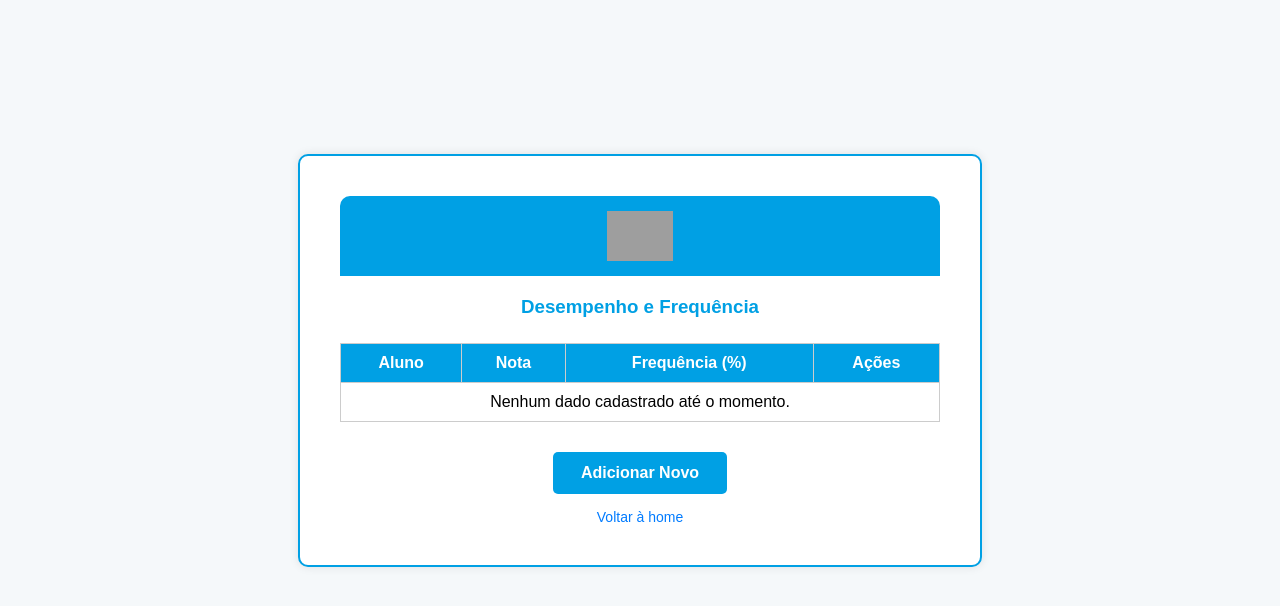
Repository: Guilherme-burle/Portal-do-Aluno-P2
Page: http://localhost/listDF/
The author's editor kept a copy of each file at every save. The page is drawn from the files as they stood at one save, then again after the next save.
The browser window is 1280 px wide. The pictures show the whole page.
Pictures or frames that could not be fetched are drawn as grey boxes. The page is served by the project's application, run on Django 5.2 (PortaldoAluno/manage.py). A made-up administrator, testuser (Test User, test@example.com), is signed in. Queries for data that is not in the repository find no rows.

Above is the page before, as saved 2025-05-19 19:06:24.

After the next save:
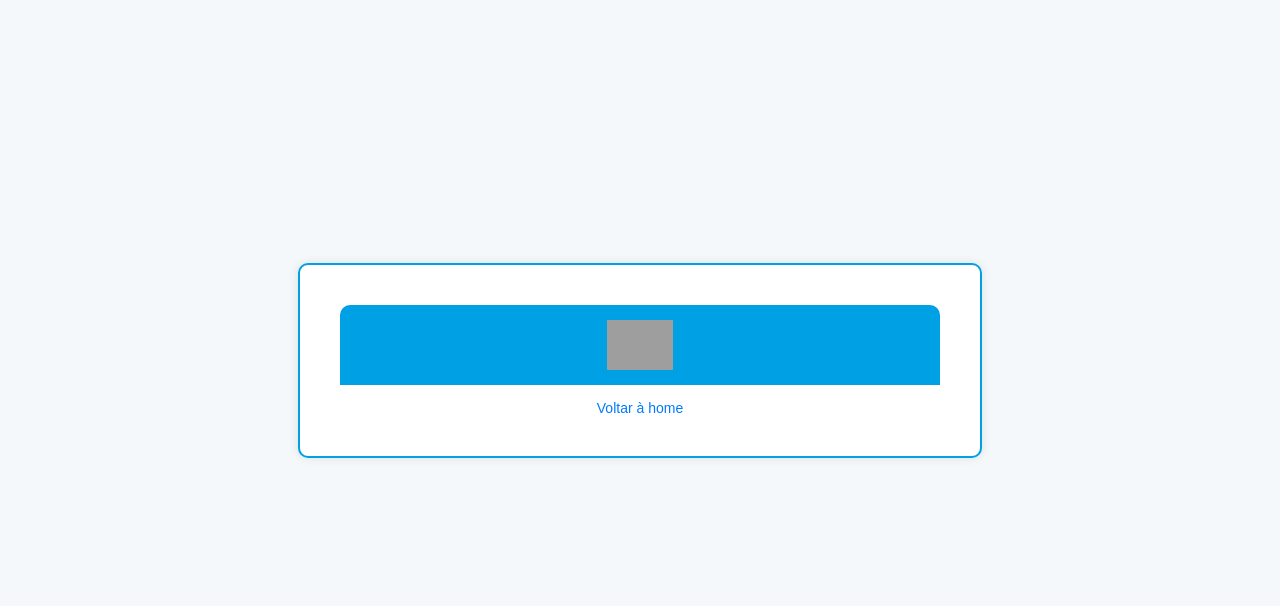
Saved 70 s later.
--- a/PortaldoAluno/Aplicativo/templates/listDF.html
+++ b/PortaldoAluno/Aplicativo/templates/listDF.html
@@ -102,34 +102,7 @@
       <img src="https://i.imgur.com/7H8lMIL.png" alt="Logo Instituto Solidare" />
     </div>
 
-    <h3>Desempenho e Frequência</h3>
 
-    <table>
-      <thead>
-        <tr>
-          <th>Aluno</th>
-          <th>Nota</th>
-          <th>Frequência (%)</th>
-          <th>Ações</th>
-        </tr>
-      </thead>
-      <tbody>
-        {% for desempenho in desempenhos %}
-        <tr>
-          <td>{{ desempenho.nome_aluno }}</td>
-          <td>{{ desempenho.nota }}</td>
-          <td>{{ desempenho.frequencia }}</td>
-          <td><a class="btn" href="{% url 'editDF' desempenho.id %}">Editar</a></td>
-        </tr>
-        {% empty %}
-        <tr>
-          <td colspan="4">Nenhum dado cadastrado até o momento.</td>
-        </tr>
-        {% endfor %}
-      </tbody>
-    </table>
-
-    <a href="{% url 'addDF' %}" class="btn">Adicionar Novo</a>
 
     <div class="voltar">
       <a href="{% url 'home' %}">Voltar à home</a>
